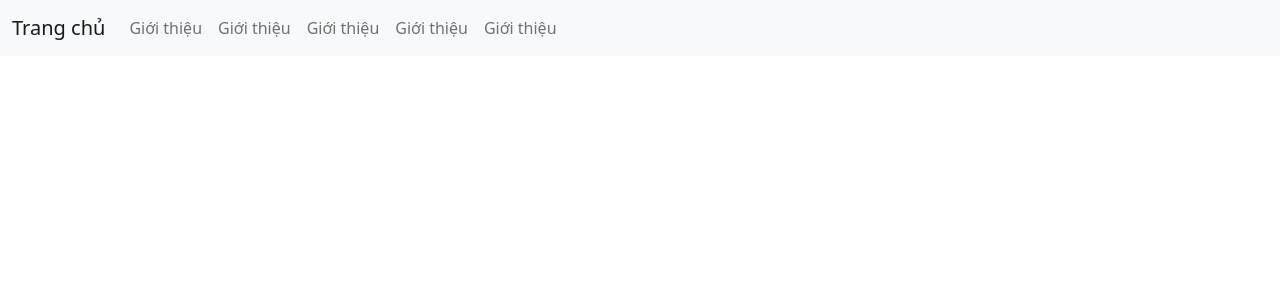
Repository: minhtu5502/fontendFamework
Page: lab1/index.html
These files come from the project's save history. The page is drawn as it stood at one moment and after the next save; the edit follows.
The browser window is 1280 px wide. The pictures show the whole page.

Above is the page before, as saved 2022-01-06 15:54:05.

### lab1/index.html
<!DOCTYPE html>
<html lang="en">
<head>
    <meta charset="UTF-8">
    <meta http-equiv="X-UA-Compatible" content="IE=edge">
    <meta name="viewport" content="width=device-width, initial-scale=1.0">
    <title>IT16313</title>
    <!-- Style -->
    <link rel="stylesheet" href="css/bootstrap.min.css" />
</head>
<body>
    <div class="container-fluid" id="navbar">
        <header class="row">
            <div class="container">
                <div class="row bg-white" >
                    <div class="col-6">
                        <span></span>
                    </div>

                    <div class="col-6"></div>
                </div>
            </div>
        </header>
        <nav class="row navbar navbar-expand-lg navbar-light bg-light">
            <div class="container-fluid">
                <a href="" class="navbar-brand">Trang chủ</a>
                <div class="collapse navbar-collapse">
                    <ul class="navbar-nav me-auto" >
                        <li class="nav-item">
                            <a class="nav-link" href="">Giới thiệu</a>
                        </li>
                        <li class="nav-item">
                            <a class="nav-link" href="">Giới thiệu</a>
                        </li>
                        <li class="nav-item">
                            <a class="nav-link" href="">Giới thiệu</a>
                        </li>
                        <li class="nav-item">
                            <a class="nav-link" href="">Giới thiệu</a>
                        </li>
                        <li class="nav-item">
                            <a class="nav-link" href="">Giới thiệu</a>
                        </li>
                    </ul>

                </div>
            </div>
        </nav>
    </div>
    <!-- Script -->
    <script src="js/jquery.min.js"></script>
    <script src="js/popper.min.js"></script>
    <script src="js/bootstrap.min.js"></script>
</body>
</html>

Loaded but not shown: lab1/css/bootstrap.min.css (library); lab1/js/jquery.min.js (library); lab1/js/popper.min.js (library); lab1/js/bootstrap.min.js (library)

After the next save:
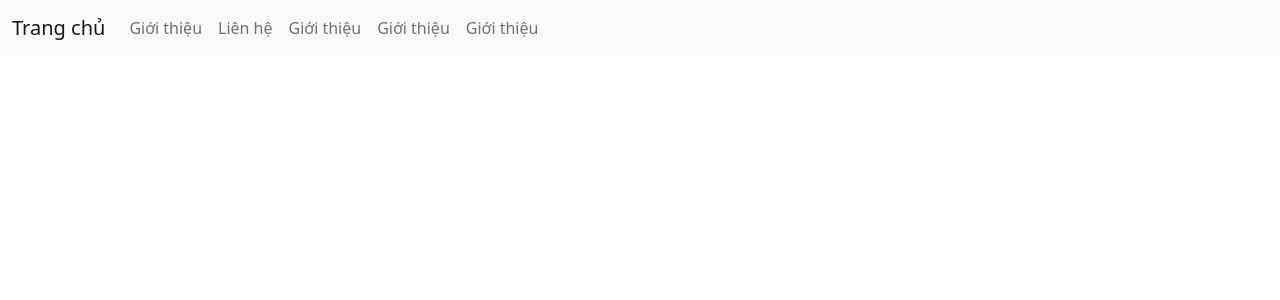
Saved 19 s later.
--- a/lab1/index.html
+++ b/lab1/index.html
@@ -30,7 +30,7 @@
                             <a class="nav-link" href="">Giới thiệu</a>
                         </li>
                         <li class="nav-item">
-                            <a class="nav-link" href="">Giới thiệu</a>
+                            <a class="nav-link" href="">Liên hệ</a>
                         </li>
                         <li class="nav-item">
                             <a class="nav-link" href="">Giới thiệu</a>
